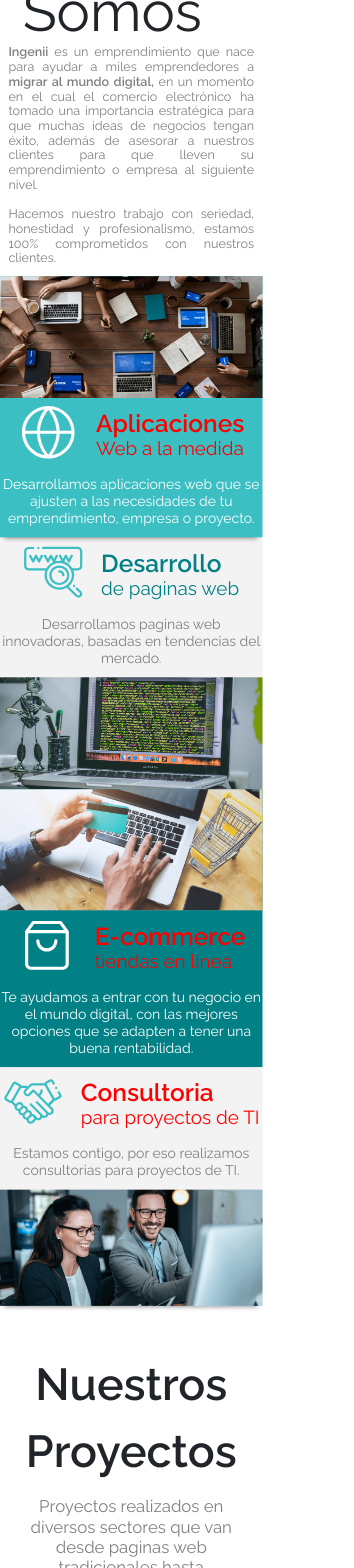
Repository: mariomr87/testwebpage
Page: index.html
The author's editor kept a copy of each file at every save. The page is drawn from the files as they stood at one save, then again after the next save.
The browser window is 375 px wide. The page is 506 px wide, so the pictures cover 506 px, including what lies to the right of the window. The pictures show the part of the page from y = 1601 to 3841 px (the page is 5593 px tall), at 70% of full size.
Some web libraries are served in a nearby version.

Above is the page before, as saved 2021-10-13 22:26:08.

After the next save:
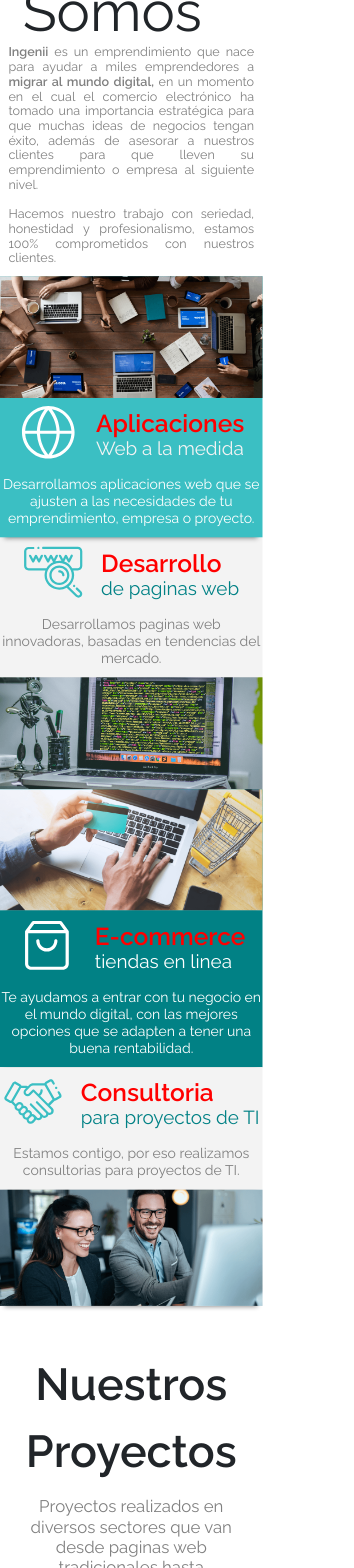
Saved 21 s later.
--- a/style.css
+++ b/style.css
@@ -441,7 +441,7 @@ body{
 		order: 0;
 	}
 
-	.interlineas{
+	.text-app-icon{
 		color: red;
 	}
 /*
